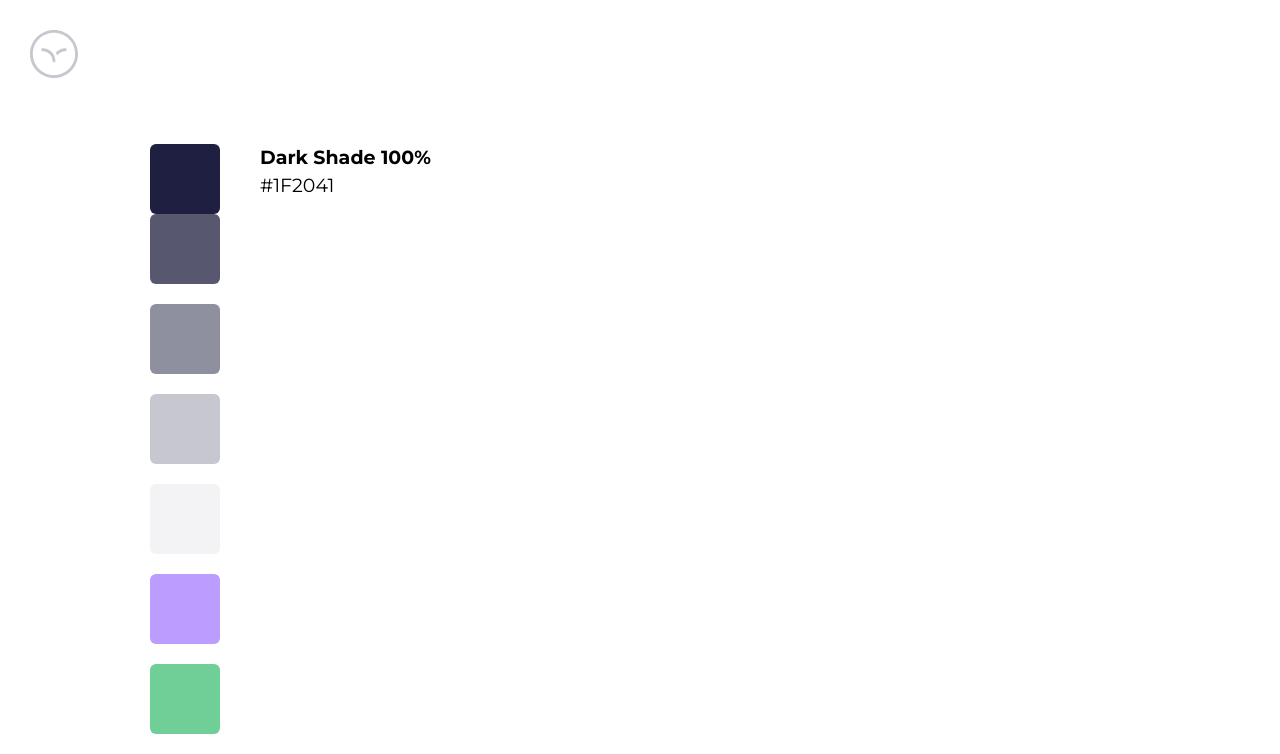
Repository: Inzhir2022/quatrain
Page: ui/index.html
The author's editor kept a copy of each file at every save. The page is drawn from the files as they stood at one save, then again after the next save.
The browser window is 1280 px wide. The pictures show the whole page.

Above is the page before, as saved 2022-07-23 09:07:03.

After the next save:
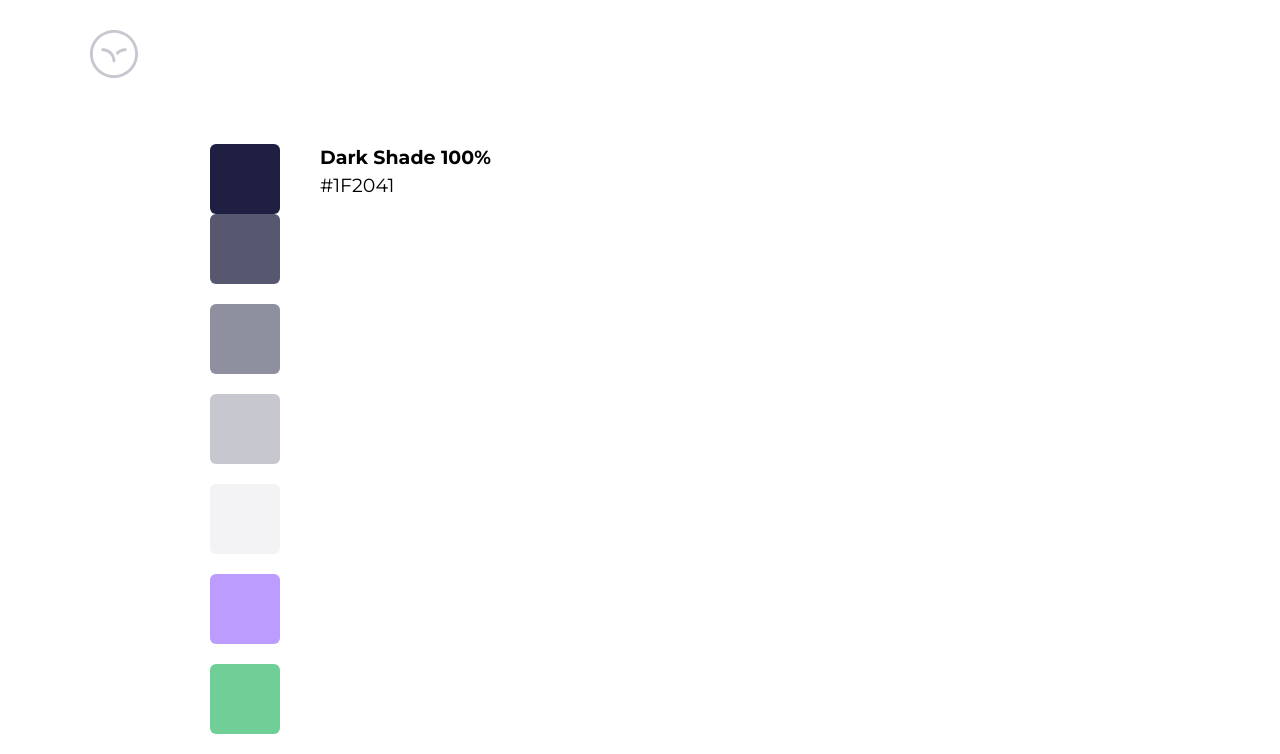
Saved 5 min 35 s later.
--- a/ui/style.css
+++ b/ui/style.css
@@ -13,6 +13,11 @@
   padding: 0;
   box-sizing: border-box;
   font-family: 'Montserrat', sans-serif;
+}
+
+.container {
+  max-width: 1160px;
+  margin: 0 auto;
 }
 
 .logo {
